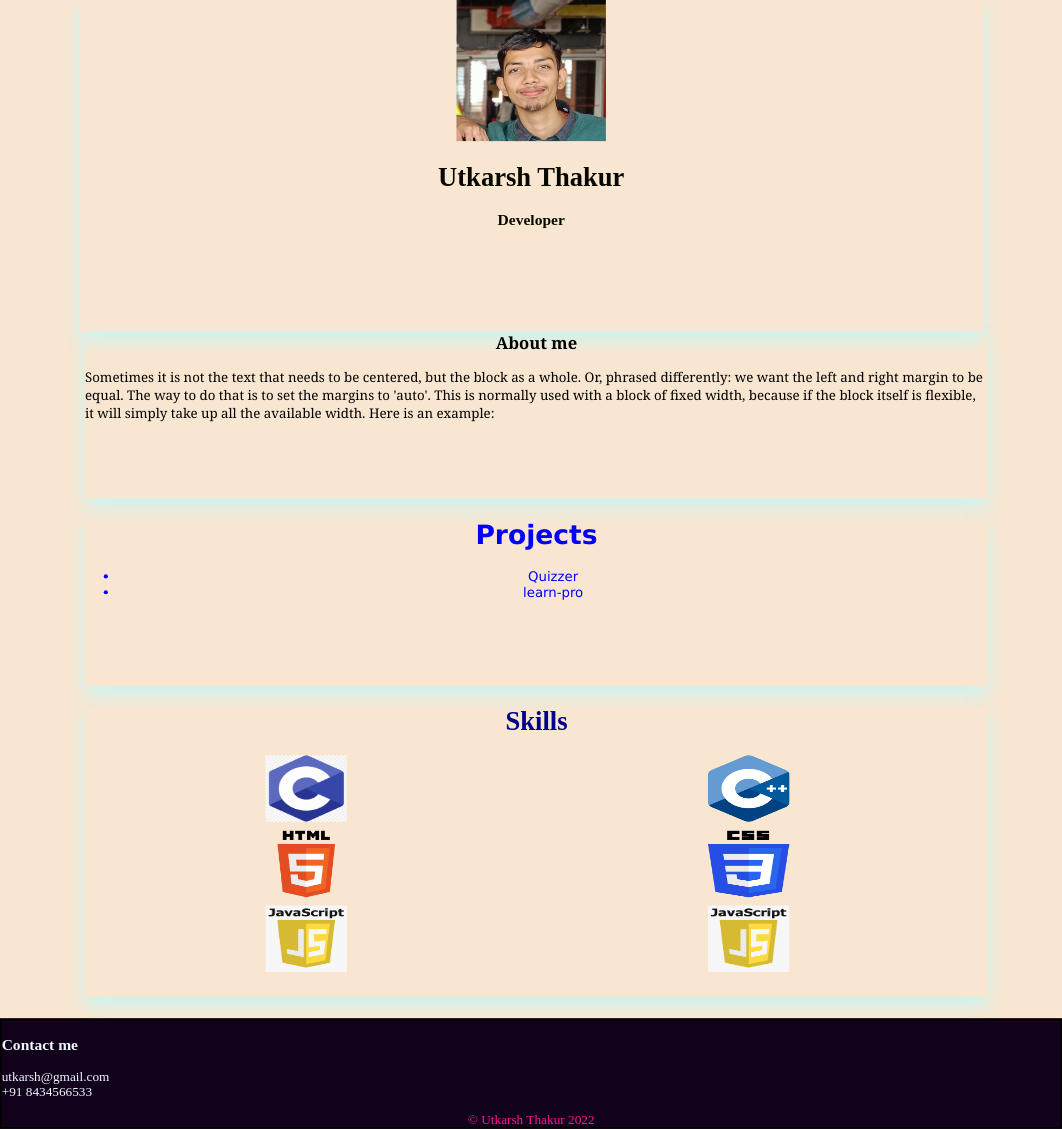
Repository: UtkarshThakur321/Utkarsh-Thakur-Profile
Page: index.html
The author's editor kept a copy of each file at every save. The page is drawn from the files as they stood at one save, then again after the next save.
The browser window is 1280 px wide. The pictures show the whole page, at 83% of full size.

Above is the page before, as saved 2022-01-23 00:15:56.
Not found: main.js

### index.html
<!DOCTYPE html>
<html>
<head>
    <meta charset='utf-8'>
    <meta http-equiv='X-UA-Compatible' content='IE=edge'>
    <title>Page Title</title>
    <meta name='viewport' content='width=device-width, initial-scale=1'>
    <link rel='stylesheet' type='text/css' media='screen' href="index.css">
    <script src='main.js'></script>
</head>
<body>
    <div id="main">
    <!-- <div id="nav">
        <h1>My Resume</h1>
    </div> -->
    <center>
        <div id="intro">
            <div id="profileImage">
                 <img src="./Utkarsh_dp.jpg" alt="DP_Utkarsh__Thakur"
                 width="180" height="170">
            </div>
            <div id="profileName">
                <h1>Utkarsh Thakur</h1>
                <h3>Developer</h3>
            </div>

            <div>


             </div>
        </div>
    </center>



  <div id="aboutMe">
    <div id="aboutMeHeading">
        About me
    </div>
    <div id="aboutMeContent">
        <p>
            Sometimes it is not the text that needs to be centered, but the block as a whole. Or, phrased differently: we want the left and right margin to be equal. The way to do that is to set the margins to 'auto'. This is normally used with a block of fixed width, because if the block itself is flexible, it will simply take up all the available width. Here is an example:
        </p>
    </div>
  </div>



<div id="projects">
    <h1>Projects</h1>
    <ul>
        <li>Quizzer</li>
        <li>learn-pro</li>
    </ul>
</div>



    <div id="skills">
        <h1>Skills</h1>
        <div class="skillsContent">
            <img src="c_programming.png" alt="c_programming">
        </div>
        <div class="skillsContent">
            <img src="./c++_programming.png" alt="c++_programming">
        </div>
        <div class="skillsContent">
            <img src="./html.png" alt="html">
        </div>
        <div class="skillsContent">
            <img src="./CSS3.png" alt="css3">
        </div>
        <div class="skillsContent">
            <img src="./js.png" alt="js">
        </div>
        <div class="skillsContent">
            <img src="./js.png" alt="js">
        </div>

    </div>

    <div id="footer">
        <div id="footerContent">
            <h3>Contact me</h3>
        <p>
            utkarsh@gmail.com<br>
            +91 8434566533

        </p>
            <div id="copyright">
         &copy; Utkarsh Thakur 2022
            </div>
        </div>
        </div>

    </div>



</body>
</html>

### index.css
body{
    width:100%;
    margin:0px;
    background-color: rgb(248, 230, 209);

}


#intro{
    /* background-image:url("./bg.jpg"); */
    /* background-color: rgb(190, 243, 243); */
    height: 400px;
    width:85%;
    box-shadow: 0px 10px 20px rgba(195, 247, 247, 0.911);
    /* margin-bottom: 2%; */
}
}



#profileImage>img{
    margin-top: 1%;
    height:240px;
    width:20%;
    border-radius: 130px;
    box-shadow: 0px 0px 40px rgb(235, 253, 253);
}
#profileName{
    color:rgb(8, 8, 0);
    font-family: cursive;
}

#aboutMe{
    width:85%;
    height:200px;
    /* border:2px solid green; */
    margin-left:8%;
    box-shadow: 0px 10px 20px rgba(195, 247, 247, 0.911);
    margin-bottom: 2%;
}


#aboutMeHeading{
    text-align:center;
    font-family: Georgia, 'Times New Roman', Times, serif;
    font-size:20px;
    font-weight: bold;
}
#aboutMeContent{

    font-family: Georgia, 'Times New Roman', Times, serif;
    font-size:16px;

}

#projects{
    width:85%;
        height:200px;
        /* border:2px solid green; */
        margin-left:8%;
        box-shadow: 0px 10px 20px rgba(195, 247, 247, 0.911);
    font-family: Verdana, Geneva, Tahoma, sans-serif;
    color:blue;
    text-align: center;
    margin-bottom: 2%;

}



#skills{
        width:85%;
        height:350px;
        /* border:2px solid green; */
        margin-left:8%;
        box-shadow: 0px 10px 20px rgba(195, 247, 247, 0.911);
        margin-bottom: 2%;

}

#skills{
    color:darkblue;
    font-weight: 400;
    text-align: center;

}
.skillsContent{
    height:80px;
    margin:0% 2% 1%;
    width:45%;
    float:left;
    /* border:2px solid blue; */
}
.skillsContent>img{
    height:80px;
    width:20%;
}



#nav{
    height:50px;
    display:content;
    text-align: center;
    font-weight: 900;
    color:black;}
    /* text-align: center;
    font-family: Verdana, Geneva, Tahoma, sans-serif;
} */



.img{
    height:10px;
    width:10%;
}

#footer{
    background-color: rgb(18, 1, 26);
}
#footerContent{
    border:2px solid black;
    color:aliceblue;

}

/* #footer{
    text-align: center;
} */
#copyright{
    text-align: center;
    color:deeppink
}

After the next save:
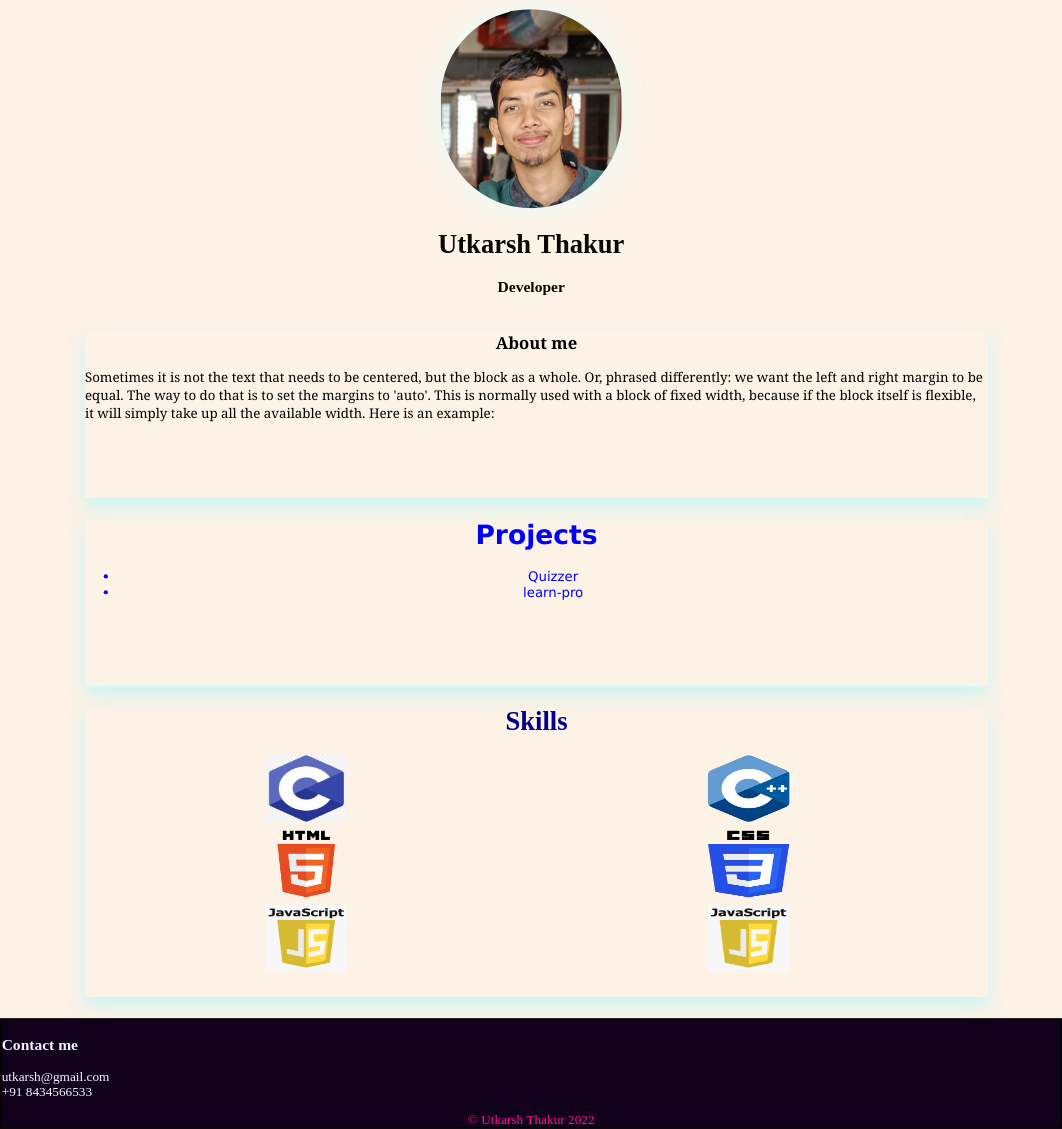
Saved 13 s later.
--- a/index.css
+++ b/index.css
@@ -1,7 +1,7 @@
 body{
     width:100%;
     margin:0px;
-    background-color: rgb(248, 230, 209);
+    background-color: rgb(252, 242, 230);
 
 }
 
@@ -11,11 +11,7 @@ body{
     /* background-color: rgb(190, 243, 243); */
     height: 400px;
     width:85%;
-    box-shadow: 0px 10px 20px rgba(195, 247, 247, 0.911);
-    /* margin-bottom: 2%; */
 }
-}
-
 
 
 #profileImage>img{
